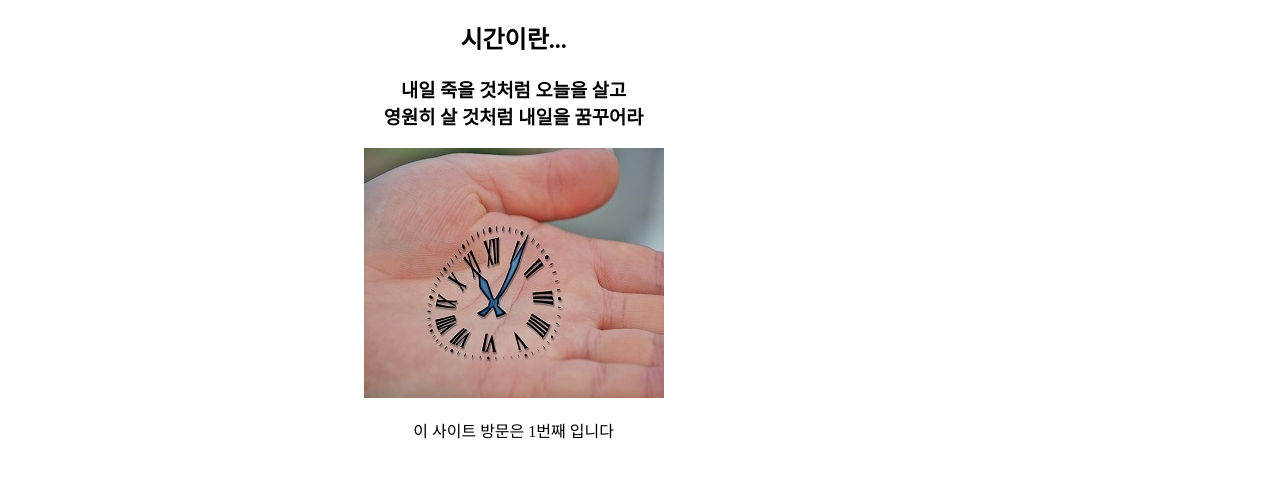
Repository: dbstjrals130/jspworks
Page: http://localhost/jwbook/time.jsp
The author's editor kept a copy of each file at every save. The page is drawn from the files as they stood at one save, then again after the next save.
The browser window is 1280 px wide. The pictures show the whole page.
The page is served by Tomcat 9.

Above is the page before, as saved 2023-11-20 03:17:10.

After the next save:
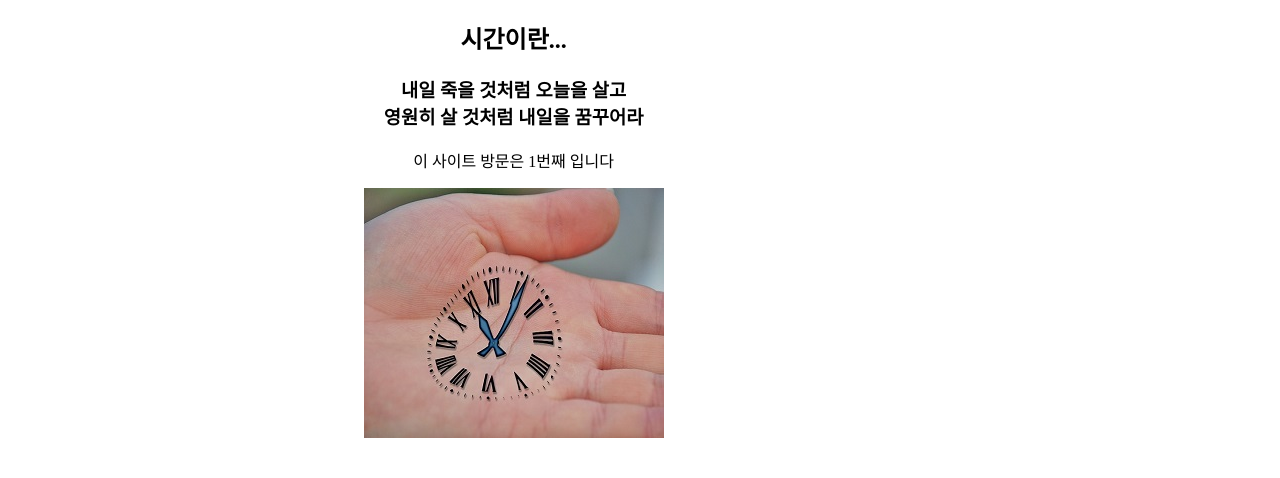
Saved 76 s later.
--- a/jwbook/src/main/webapp/time.jsp
+++ b/jwbook/src/main/webapp/time.jsp
@@ -13,17 +13,19 @@
 </head>
 <body>
 	<%!
+		//전역 변수 선언
 		int count = 0;
 	%>
 	<div id="wrap">
 		<h2>시간이란...</h2>
 		<h3>내일 죽을 것처럼 오늘을 살고<br>
 			영원히 살 것처럼 내일을 꿈꾸어라</h3>
+		<p>이 사이트 방문은 <%= ++count %>번째 입니다</p>
 		<div>
 			<img src="resources/images/time.jpg" alt="시계">
 		</div>
 		<p id="display"></p>
-		<p>이 사이트 방문은 <%= ++count %>번째 입니다</p>
+
 	</div>
 </body>
 </html>
